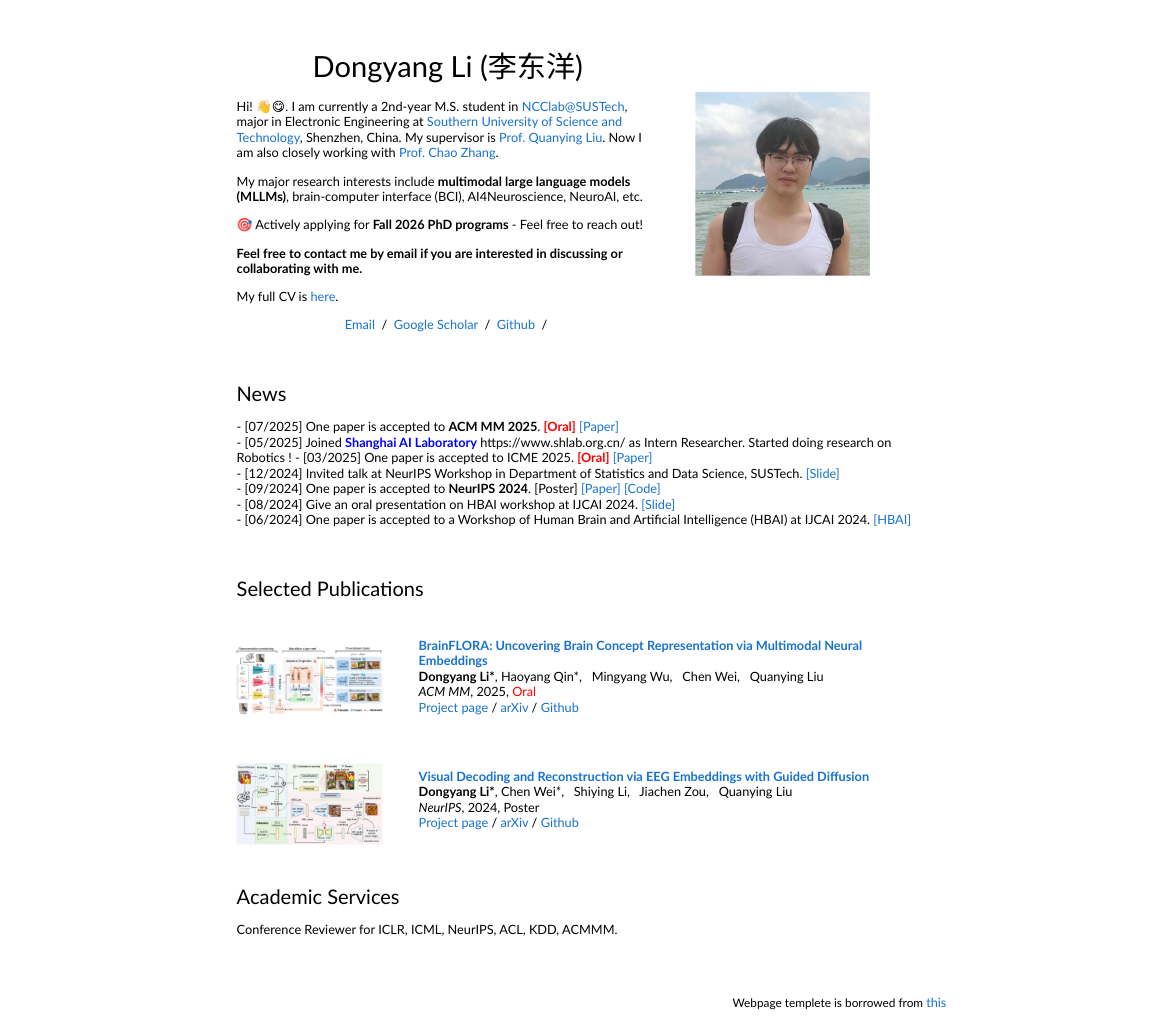
Repository: dongyangli-del/dongyangli-del.github.io
Page: index.html
These files come from the project's save history. The page is drawn as it stood at one moment and after the next save; the edit follows.
The browser window is 1280 px wide. The pictures show the whole page, at 91% of full size.

Above is the page before, as saved 2025-07-12 21:40:07.

After the next save:
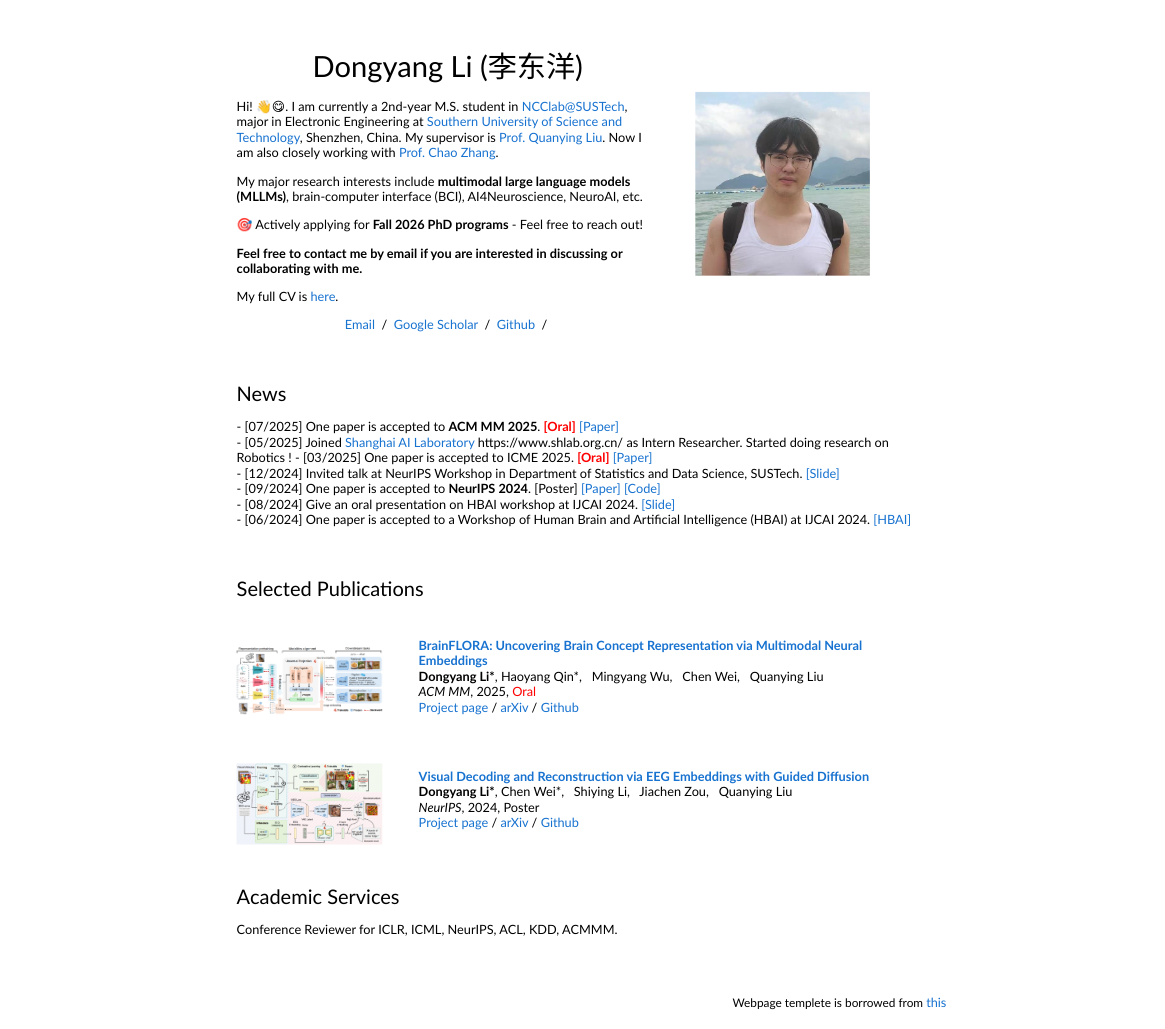
Saved 17 s later.
--- a/index.html
+++ b/index.html
@@ -78,7 +78,7 @@
               <p>
                 - [07/2025] One paper is accepted to <strong>ACM MM 2025</strong>. <span style="color: red; font-weight: bold;">[Oral]</span> <a href="https://arxiv.org/pdf/2410.23754">[Paper]</a><br>
 
-                - [05/2025] Joined <a href="https://arxiv.org/abs/2403.07721"><span style="color: blue; font-weight: bold;">Shanghai AI Laboratory</span></a> https://www.shlab.org.cn/ as Intern Researcher. Started doing research on Robotics !
+                - [05/2025] Joined <a href="https://arxiv.org/abs/2403.07721">Shanghai AI Laboratory</span></a> https://www.shlab.org.cn/ as Intern Researcher. Started doing research on Robotics !
 
                 - [03/2025] One paper is accepted to ICME 2025. <span style="color: red; font-weight: bold;">[Oral]</span> <a href="https://arxiv.org/pdf/2410.23754">[Paper]</a><br>
 
